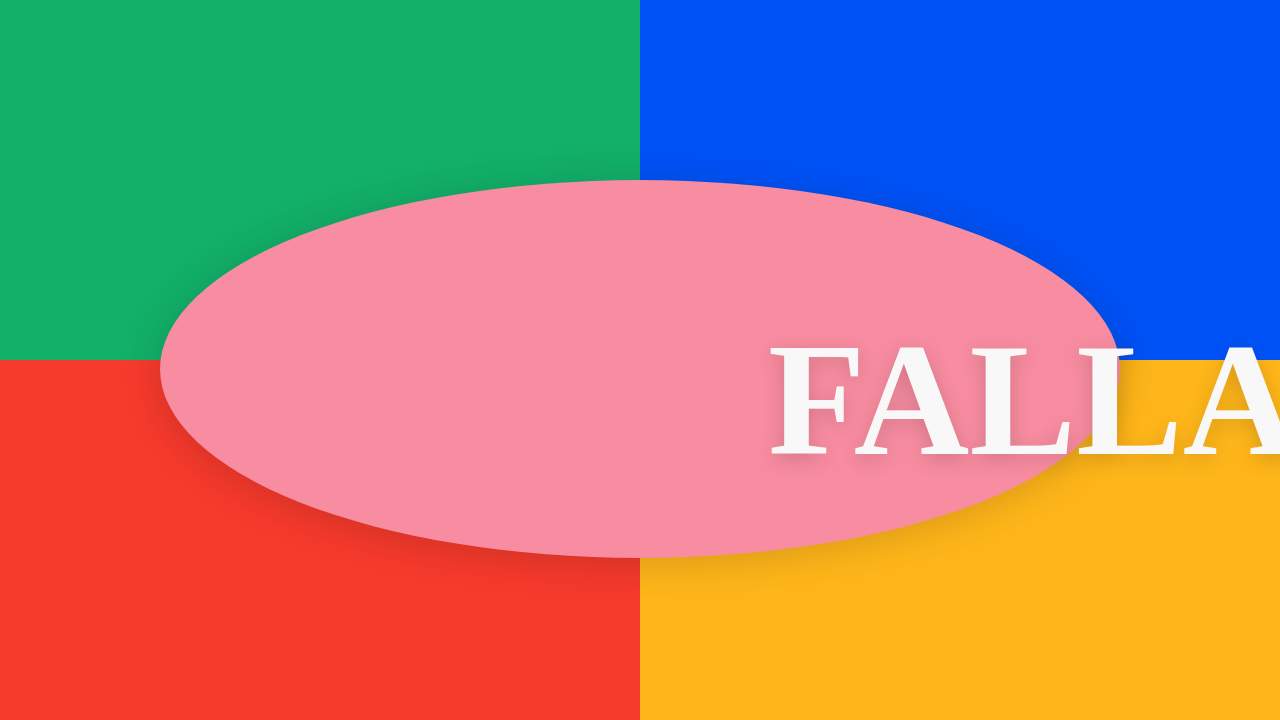
Repository: yafugray/fallacies
Page: project/Midterm project/index.html
These files come from the project's save history. The page is drawn as it stood at one moment and after the next save; the edit follows.
The browser window is 1280 px wide. The pictures show the whole page.

Above is the page before, as saved 2020-03-12 15:36:22.

### project/Midterm project/index.html
<!DOCTYPE html>
<html lang="en">
<head>
    <meta charset="UTF-8">
    <meta name="viewport" content="width=device-width, initial-scale=1.0">
    <title>Fallacies</title>
    <link href="app.css" rel="stylesheet">
</head>
<body>
    <div id="Mainpage">
        <div id="rec1"></div>
        <div id="rec2"></div>
        <div id="rec3"></div>
        <div id="rec4"></div>
        <div id="group1">
            <svg class="ellipse">
                <ellipse fill="rgba(248,140,160,1)" id="Ellipse_8" rx="75%" ry="75%" cx="50%" cy="75%">
                </ellipse>
            </svg>
            <div id="fallacies">
                <span>FALLACIES</span>
            </div>
        </div>
    </div>
</body>
</html>

### project/Midterm project/app.css
* {
    margin: 0;
    padding: 0;
    box-sizing: border-box;
    border: none;
}

#Mainpage {
    position: absolute;
    width: 100vw;
    height: 100vh;
    background-color: azure;
    overflow: hidden;
}
@keyframes fadein {

    0% {
        opacity: 0;
    }
    100% {
        opacity: 1;
    }

}

#rec1 {
	position: absolute;
	overflow: visible;
	width: 50vw;
	height: 50vh;
	left: 0px;
    top: 0px;
    background-color: rgba(18,176,105,1);
}
#rec4 {
	position: absolute;
	overflow: visible;
	width: 50vw;
	height: 50vh;
	left: 0px;
    bottom: 0px;
    background-color: rgba(246,58,44,1);
}
#rec2 {
	position: absolute;
	overflow: visible;
	width: 50vw;
	height: 50vh;
	right: 0px;
    top: 0px;
    background-color: rgba(0,82,247,1);
}
#rec3 {
	position: absolute;
	overflow: visible;
	width: 50vw;
	height: 50vh;
	right: 0px;
    bottom: 0px;
    background-color: rgba(255,182,26,1);
}

#group1 {
    position: relative;
	width: 70vw;
	/* height: 35vh; */
    left: 25%;
    right: 25%;
    top: 25%;
    bottom: 25%;
	overflow: visible;
	--web-animation: fadein 0.3s ease-out;
	--web-action-type: page;
	--web-action-target: custom___2.html;
	cursor: pointer;
}

.ellipse {
    filter: drop-shadow(0px 5px 20px rgba(0, 0, 0, 0.161));
	/* position: absolute; */
	overflow: visible;
	width: 50vw;
	height: 35vh;
    left: 0px;
    right:0px;
    top: 0px;
    bottom: 0px;
}

#fallacies {
    filter: drop-shadow(0px 5px 10px rgba(0, 0, 0, 0.161));
    /* align-items: center;
    justify-content: center; */
    /* top: 45%;
    bottom: 45%;
    right: 7.5%; */
    /* left: 25%; */
    /* width: 15vh; */
    overflow: visible;
    /* white-space: nowrap; */
    font-family: TitlingGothicFB Narrow;
    font-style: normal;
    font-weight: bold;
    font-size: 10em;
    color: rgba(248,248,248,1);
    text-align: center;
	position: absolute;
	top: 50%;
	left: 50%;
}

After the next save:
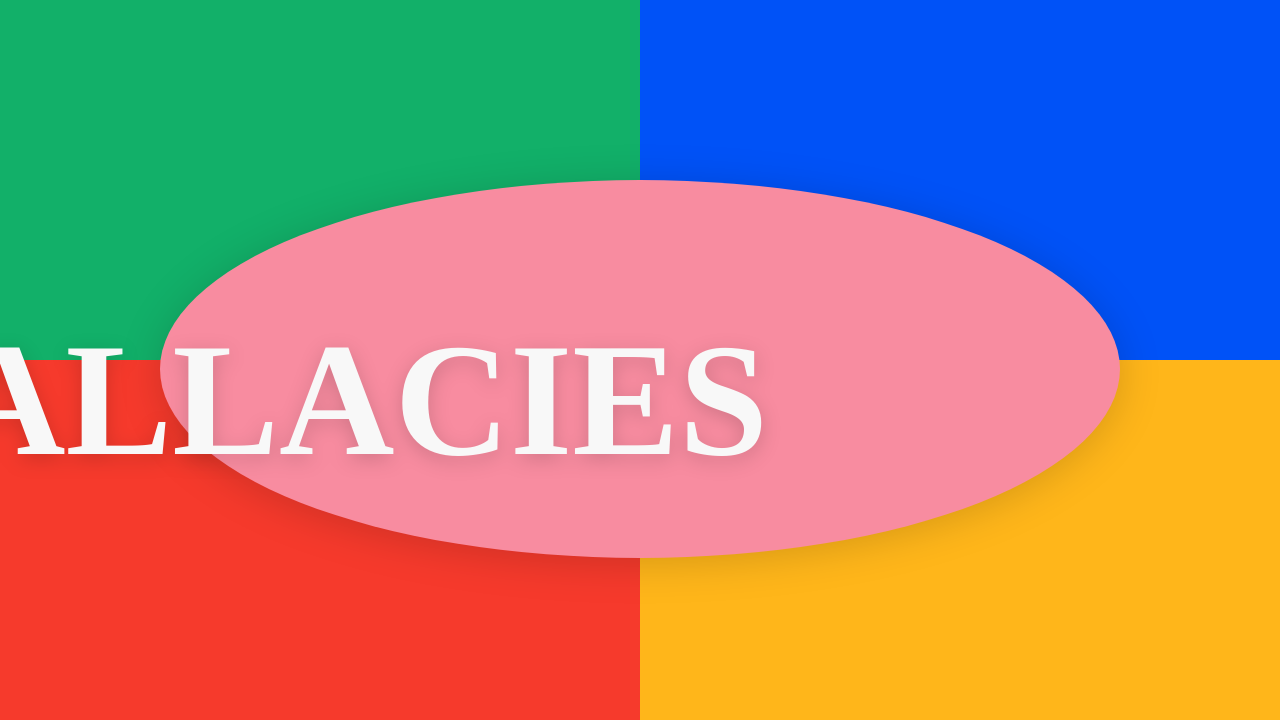
Saved 10 s later.
--- a/project/Midterm project/app.css
+++ b/project/Midterm project/app.css
@@ -106,5 +106,5 @@
     text-align: center;
 	position: absolute;
 	top: 50%;
-	left: 50%;
+	right: 50%;
 }

After the save that followed:
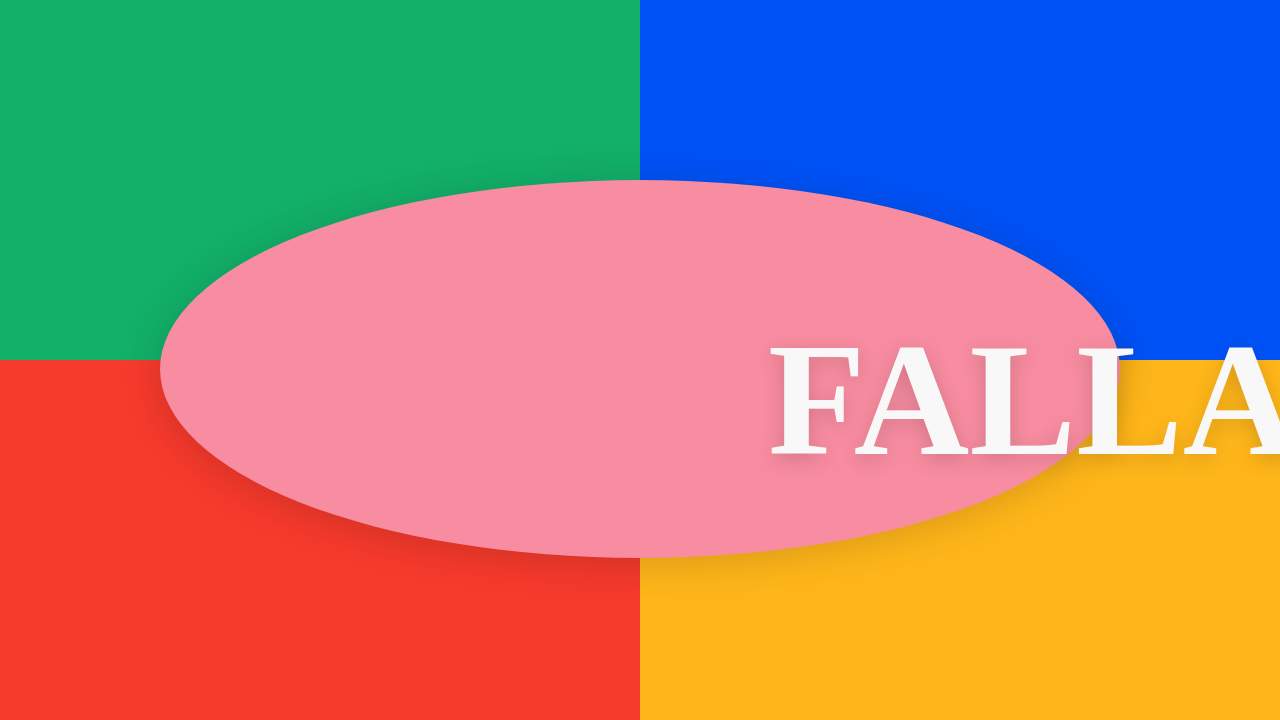
Saved 10 s later.
--- a/project/Midterm project/app.css
+++ b/project/Midterm project/app.css
@@ -105,6 +105,7 @@
     color: rgba(248,248,248,1);
     text-align: center;
 	position: absolute;
-	top: 50%;
+    top: 50%;
+    left: 50%;
 	right: 50%;
 }
